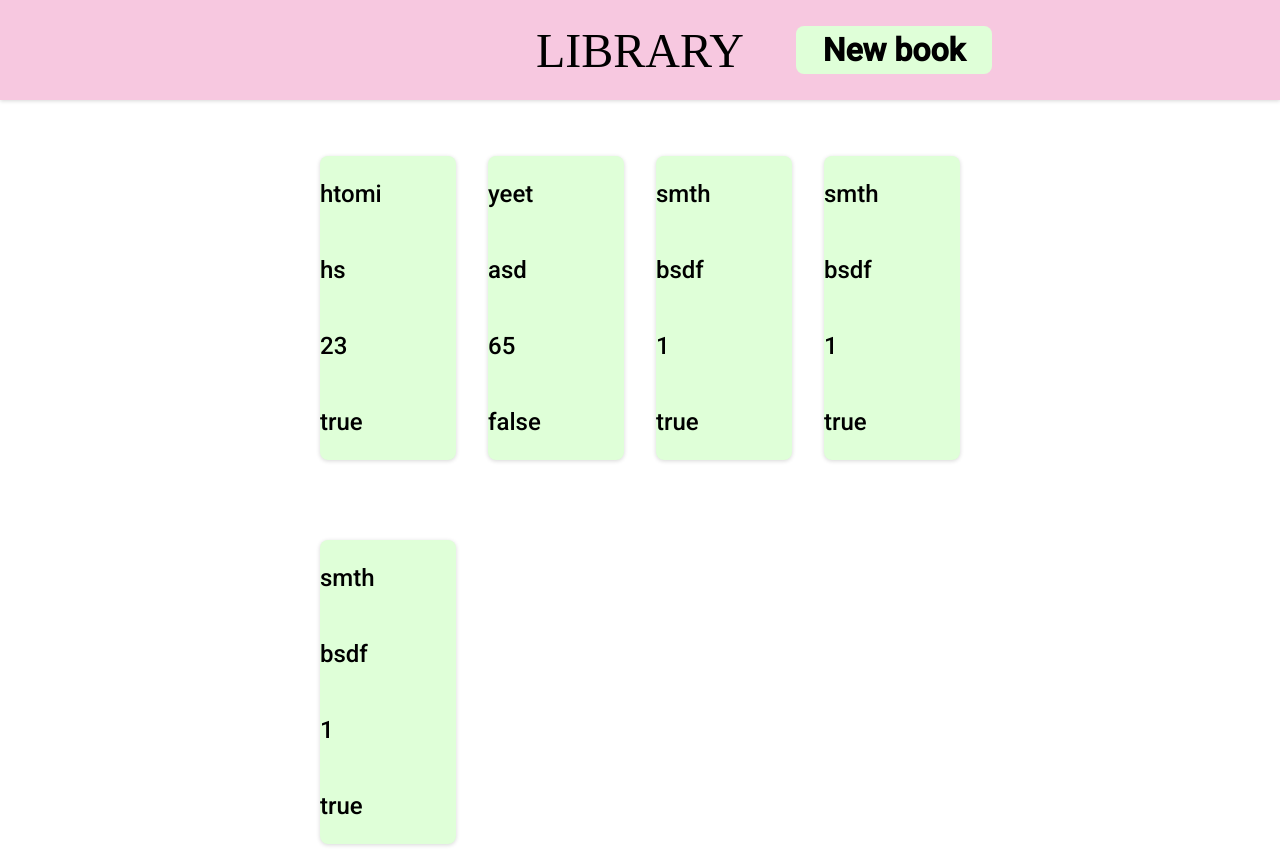
Repository: yeetzpxoci/library
Page: index.html
These files come from the project's save history. The page is drawn as it stood at one moment and after the next save; the edit follows.
The browser window is 1280 px wide. The pictures show the whole page.
Some web fonts or font styles are not loaded; a fallback is used.

Above is the page before, as saved 2023-02-21 15:37:40.

After the next save:
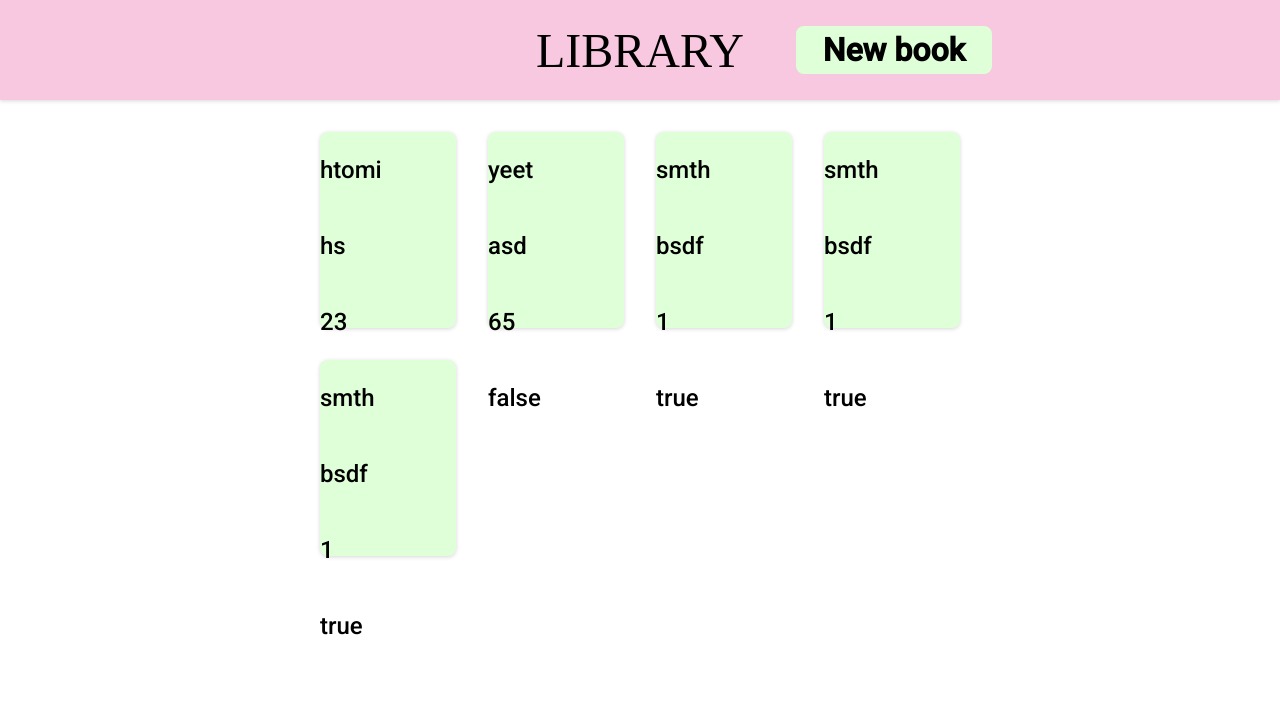
Saved 2 min 32 s later.
--- a/styles.css
+++ b/styles.css
@@ -49,10 +49,9 @@ body {
 
 .card {
     width: 100%;
-    height: auto;
+    height: 196px;
     background-color: #DFFFD8;
     font-family: 'Roboto', sans-serif;
-    font-size: 24px;
     border-radius: 8px;
     border-width: 0px;
     align-self: center;
@@ -60,8 +59,10 @@ body {
     box-shadow: rgba(0, 0, 0, 0.16) 0px 1px 4px;
     display: grid;
     grid-template-rows: 1fr 1fr 1fr 1fr;
-    margin-top: 24px;
-    margin-bottom: 24px;
+}
+
+.card p {
+    font-size: 24px;
 }
 
 form {
